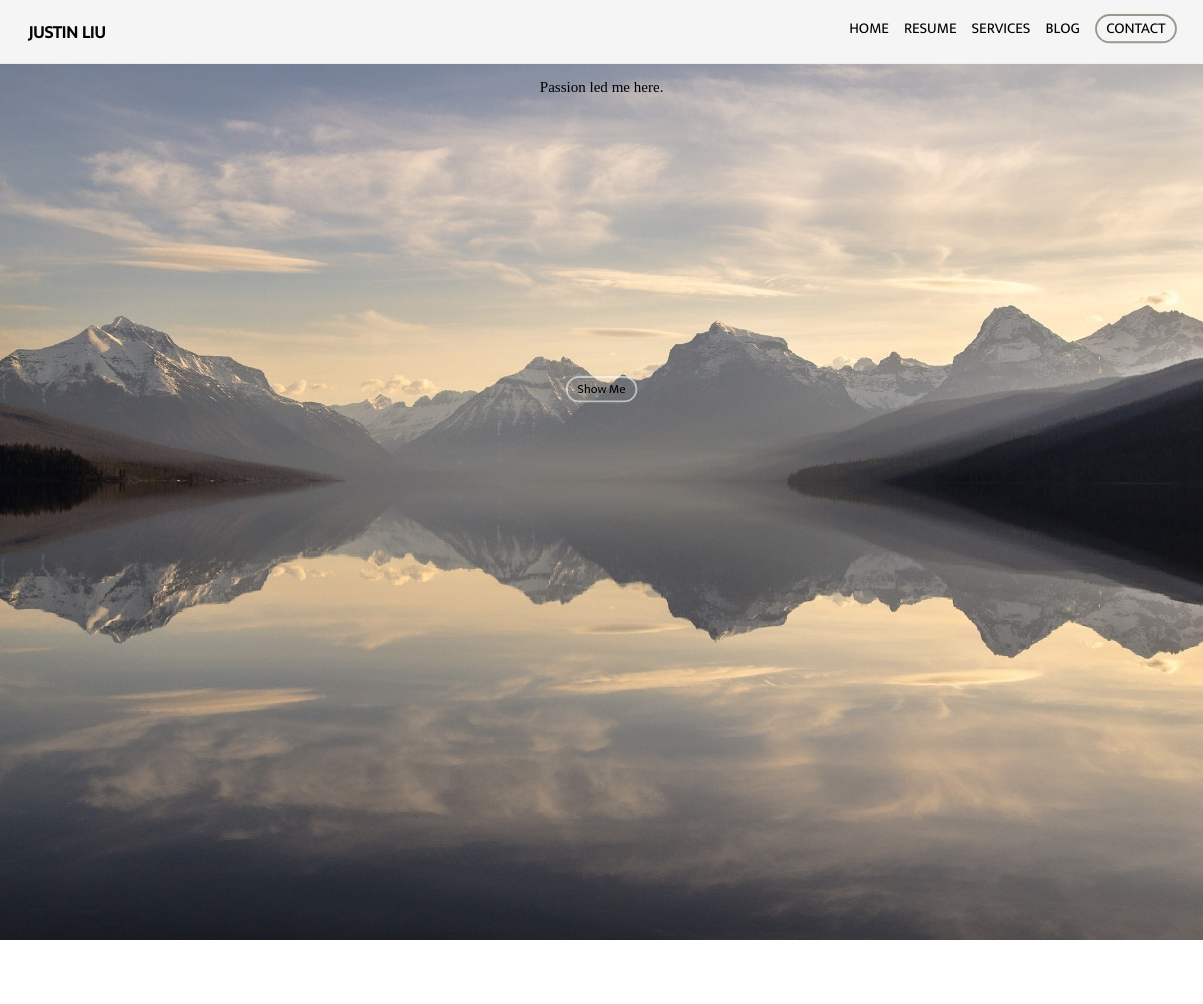
Repository: justinliu88/personal-projects
Page: index.html
An editor plug-in stored every save of this project. The page is shown before and after the next save, followed by the edit.
The browser window is 1280 px wide. The pictures show the whole page, at 94% of full size.
Some web libraries are served in a nearby version. The style sheet was rebuilt from its Sass, Less or Tailwind sources for each picture, by a compiler version that may differ from the author's.

Above is the page before, as saved 2020-03-17 11:38:59.

After the next save:
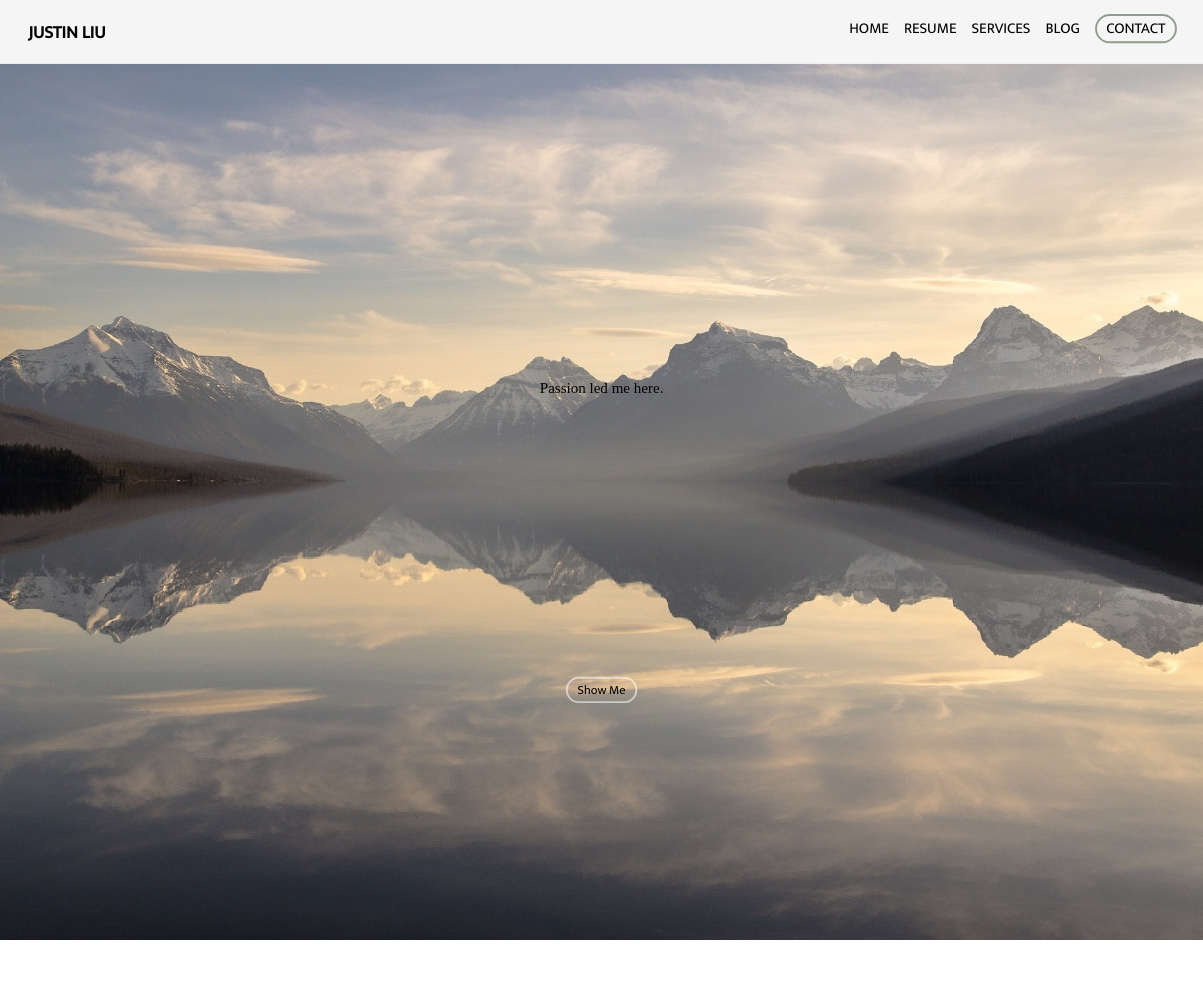
Saved 41 s later.
--- a/main.scss
+++ b/main.scss
@@ -57,7 +57,7 @@
 .container-slogan {
     display: flex;
     flex-direction: column;
-    justify-content: top;
+    justify-content: center;
     align-items: center;
     height: 100%;
     width: 100%;

After the save that followed:
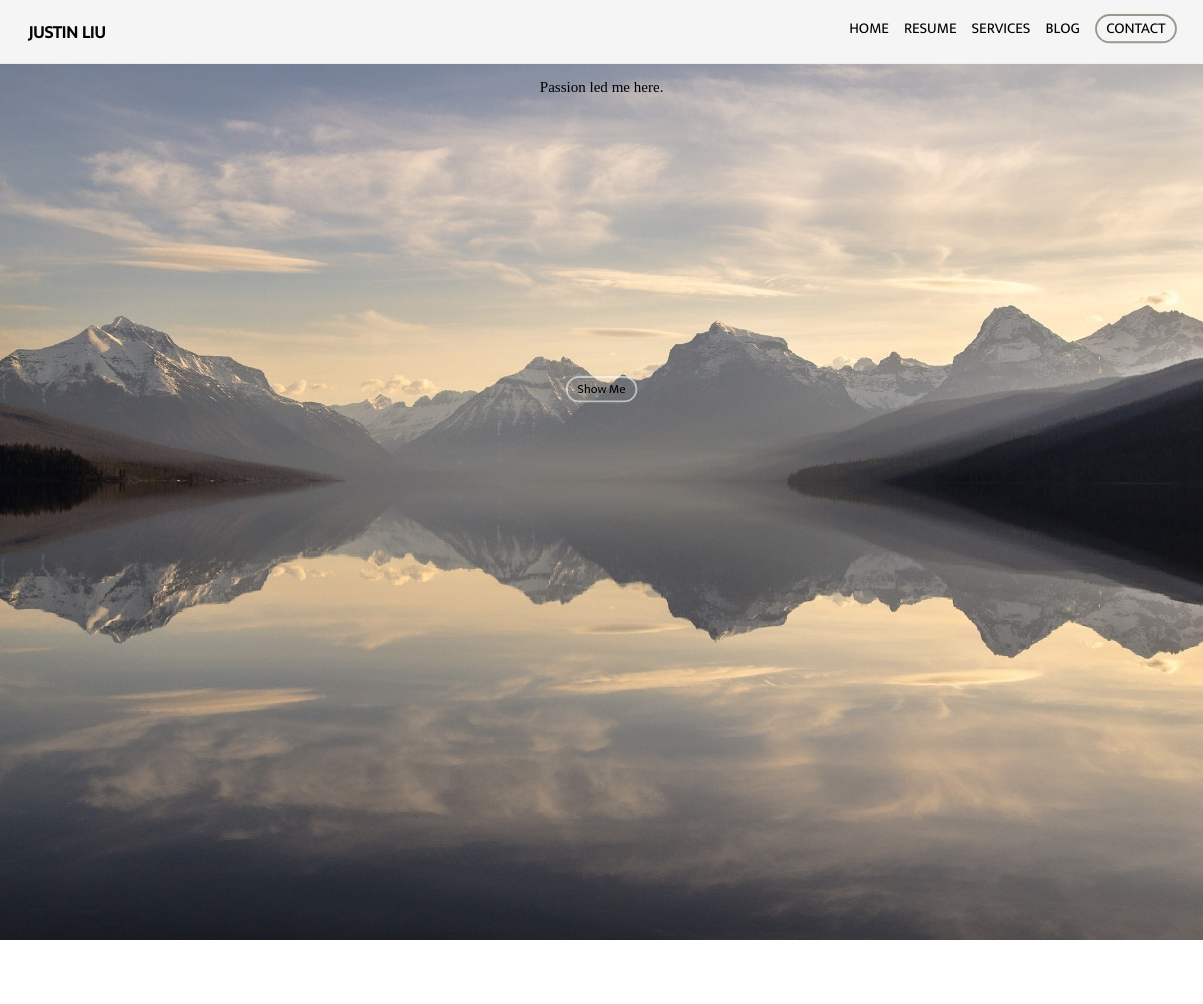
Saved 9 s later.
--- a/main.scss
+++ b/main.scss
@@ -57,7 +57,7 @@
 .container-slogan {
     display: flex;
     flex-direction: column;
-    justify-content: center;
+    justify-content: top;
     align-items: center;
     height: 100%;
     width: 100%;
